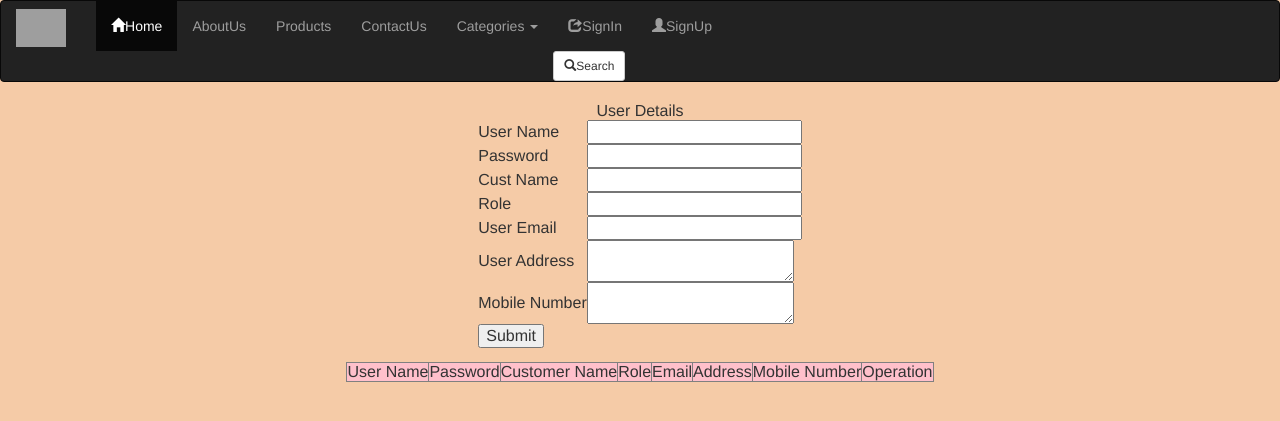
Repository: ananthi024/Java-Programs
Page: http://localhost/ClassyMissyFrontend/WEB-INF/views/UserDetails.jsp
An editor plug-in stored every save of this project. The page is shown before and after the next save, followed by the edit.
The browser window is 1280 px wide. The pictures show the whole page.
Pictures or frames that could not be fetched are drawn as grey boxes. Some web libraries are served in a nearby version. The page is served by Tomcat 9. Nobody is signed in. The template is opened directly, without the code that normally fills it, so the values that code supplies are empty.

Above is the page before, as saved 2017-06-27 00:45:42.
Console error (its wording comes from the project's code and is left out).

After the next save:
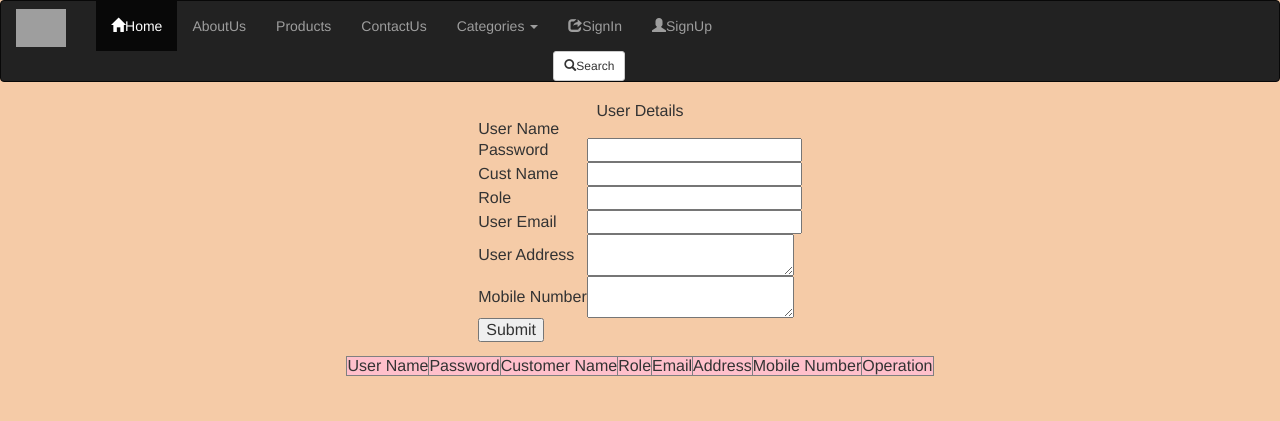
Saved 3 min 5 s later.
--- a/MyProject-29.06.2017/ClassyMissyFrontend/src/main/webapp/WEB-INF/views/UserDetails.jsp
+++ b/MyProject-29.06.2017/ClassyMissyFrontend/src/main/webapp/WEB-INF/views/UserDetails.jsp
@@ -11,7 +11,7 @@
 			</tr>
 			<tr>
 				<td>User Name</td>
-				<td><form:input path="uname" /></td>
+				<td><form:input type="hidden" path="uname" /></td>
 			</tr>
 			<tr>
 				<td>Password</td>
